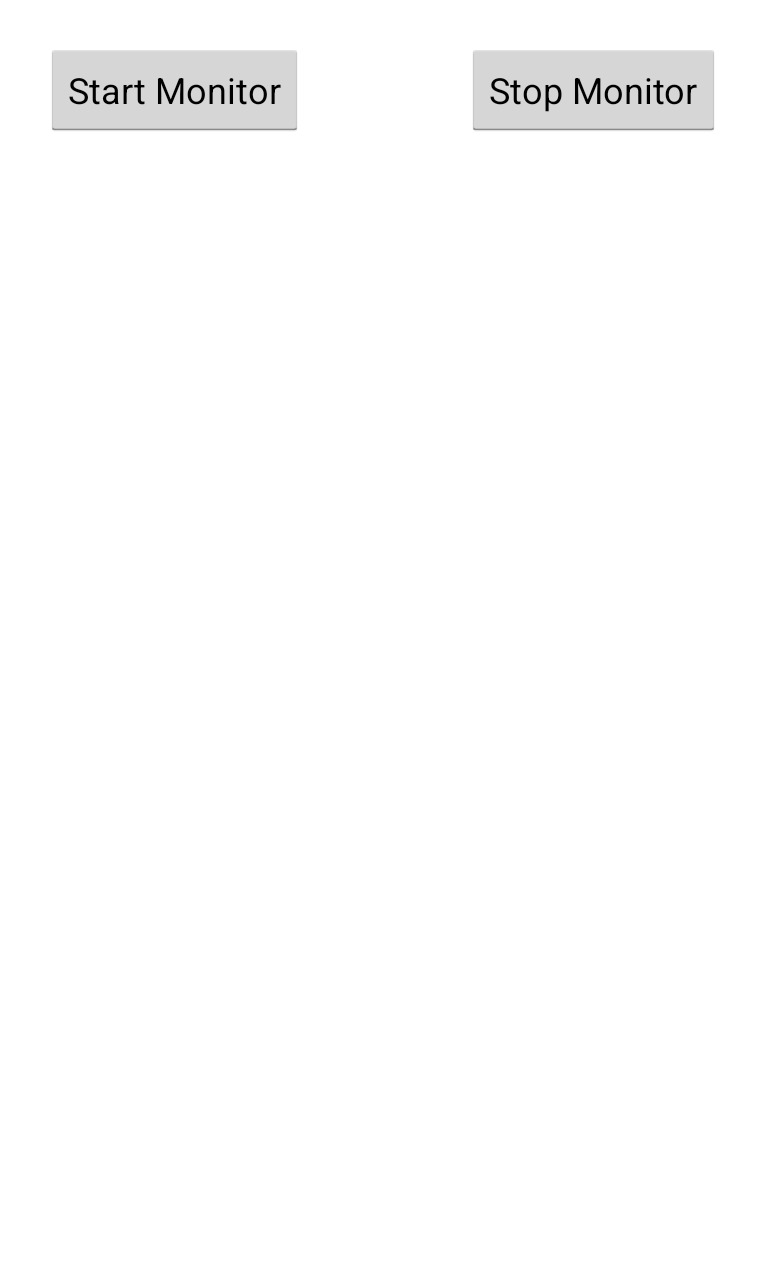
Repository: alexisfisher/watts-happening
Layout: src/Watts Happening/res/layout/activity_watts_happening.xml
The author's editor kept a copy of each file at every save. The layout is drawn from the files as they stood at one save, then again after the next save.
It is drawn on a 768 x 1280 px phone screen (xhdpi) without system bars, with theme AppTheme; the app's code is not run.

Above is the layout before, as saved 2012-11-08 15:53:26.

### src/Watts Happening/res/layout/activity_watts_happening.xml
<RelativeLayout xmlns:android="http://schemas.android.com/apk/res/android"
    xmlns:tools="http://schemas.android.com/tools"
    android:layout_width="match_parent"
    android:layout_height="match_parent" >

    <Button
        android:id="@+id/button1"
        android:layout_width="wrap_content"
        android:layout_height="wrap_content"
        android:layout_alignParentLeft="true"
        android:layout_alignParentTop="true"
        android:layout_marginLeft="22dp"
        android:layout_marginTop="21dp"
        android:text="Start Monitor" />

    <Button
        android:id="@+id/button2"
        android:layout_width="wrap_content"
        android:layout_height="wrap_content"
        android:layout_alignBaseline="@+id/button1"
        android:layout_alignBottom="@+id/button1"
        android:layout_alignParentRight="true"
        android:layout_marginRight="23dp"
        android:text="Stop Monitor" />

</RelativeLayout>

### src/Watts Happening/res/values/strings.xml
<resources>

    <string name="app_name">Watts Happening</string>
    <string name="hello_world">Hello world!</string>
    <string name="menu_settings">Settings</string>
    <string name="title_activity_watts_happening">WattsHappening</string>
    <string name="start_button">Start Monitor</string>
    <string name="stop_button">Stop Monitor</string>

</resources>

Loaded but not shown: src/Watts Happening/res/values-v11/styles.xml (common file); src/Watts Happening/res/values-v14/styles.xml (common file); src/Watts Happening/res/values/styles.xml (common file)

After the next save:
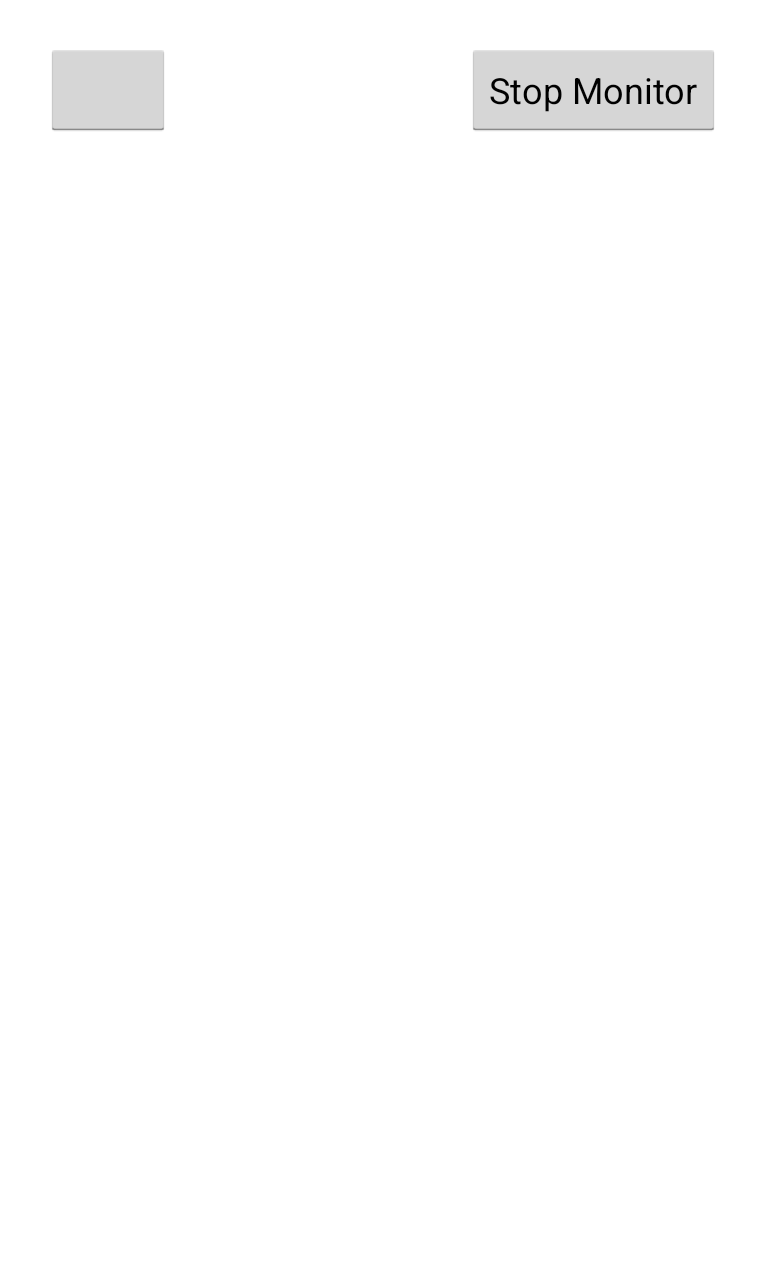
Saved 46 s later.
--- a/src/Watts Happening/res/layout/activity_watts_happening.xml
+++ b/src/Watts Happening/res/layout/activity_watts_happening.xml
@@ -11,7 +11,7 @@
         android:layout_alignParentTop="true"
         android:layout_marginLeft="22dp"
         android:layout_marginTop="21dp"
-        android:text="Start Monitor" />
+        android:text="@+id/start_button" />
 
     <Button
         android:id="@+id/button2"

After the save that followed:
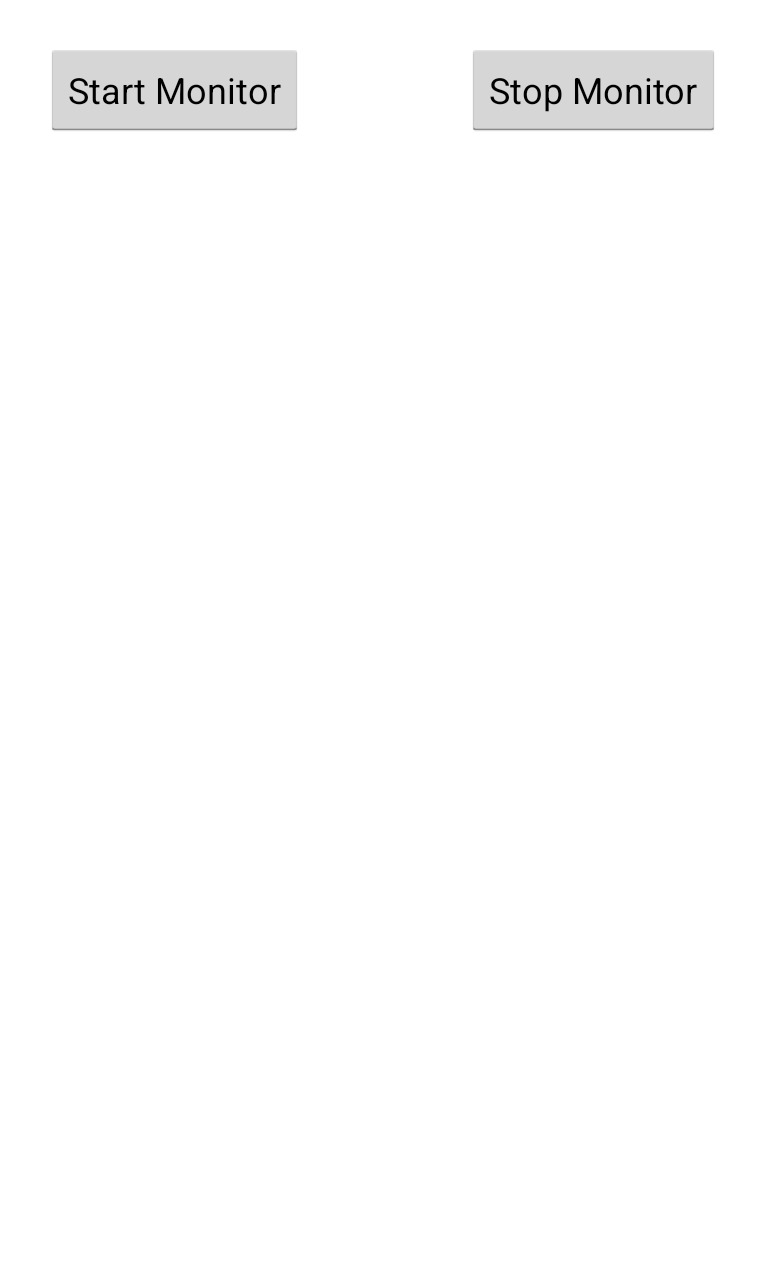
Saved 4 s later.
--- a/src/Watts Happening/res/layout/activity_watts_happening.xml
+++ b/src/Watts Happening/res/layout/activity_watts_happening.xml
@@ -11,7 +11,7 @@
         android:layout_alignParentTop="true"
         android:layout_marginLeft="22dp"
         android:layout_marginTop="21dp"
-        android:text="@+id/start_button" />
+        android:text="@string/start_button" />
 
     <Button
         android:id="@+id/button2"
